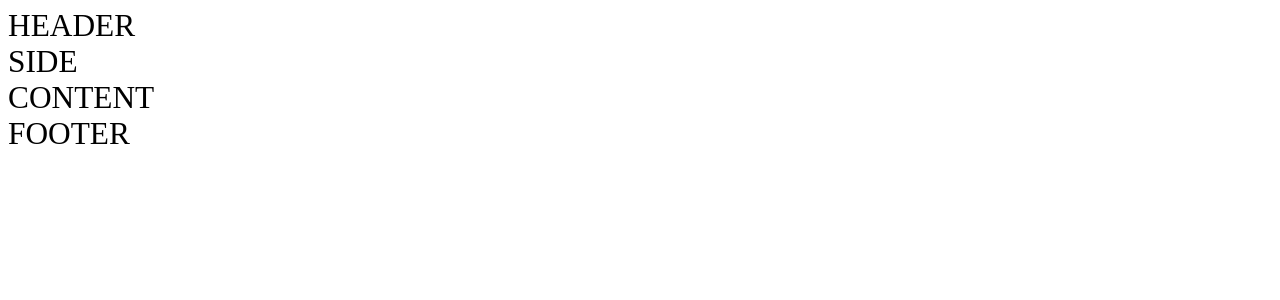
Repository: DuongThanhLong/Basic-responsive-HTML--CSS
Page: Flexbox/index.html
An editor plug-in stored every save of this project. The page is shown before and after the next save, followed by the edit.
The browser window is 1280 px wide. The pictures show the whole page.

Above is the page before, as saved 2021-09-21 16:27:04.

After the next save:
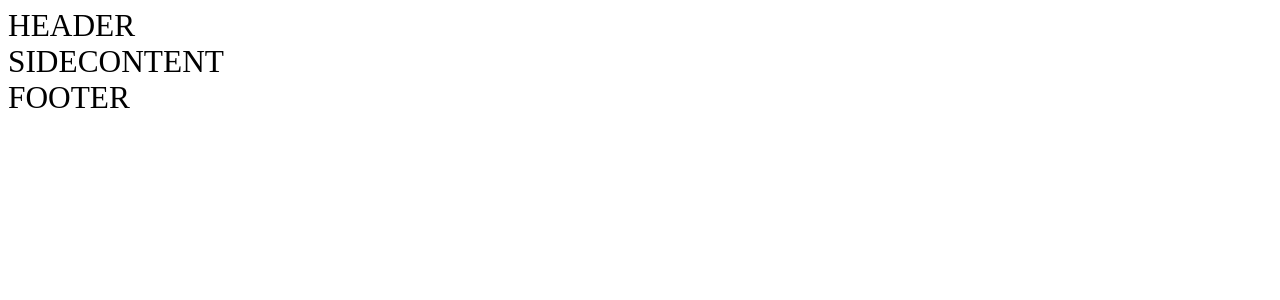
Saved 52 s later.
--- a/Flexbox/index.html
+++ b/Flexbox/index.html
@@ -14,9 +14,13 @@
 
         header {}
 
-        .center {}
+        .center {
+            display: flex;
+        }
 
         .side {}
+
+        footer {}
     </style>
 </head>
 
